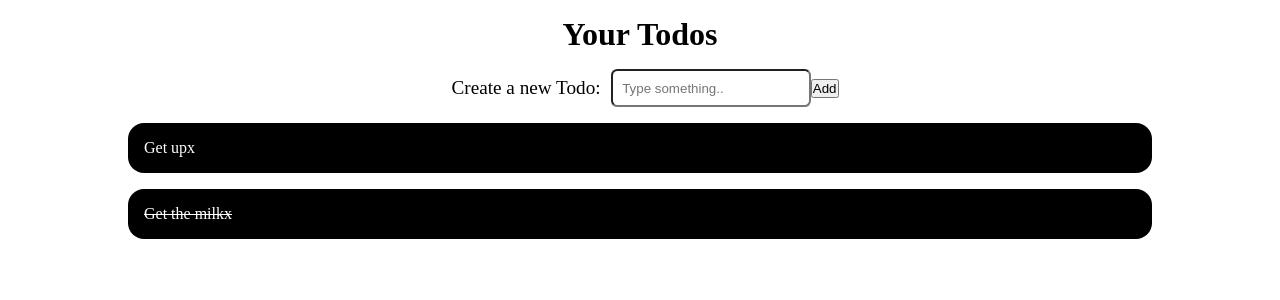
Repository: Heeeeeppo/todo-list
Page: / (app in frontend/)
An editor plug-in stored every save of this project. The page is shown before and after the next save, followed by the edit.
The browser window is 1280 px wide. The pictures show the whole page.
The project was rebuilt for these pictures with package versions that can differ from the ones it lists, and the page was loaded fresh each time.

Above is the page before, as saved 2023-11-07 19:39:07.

After the next save:
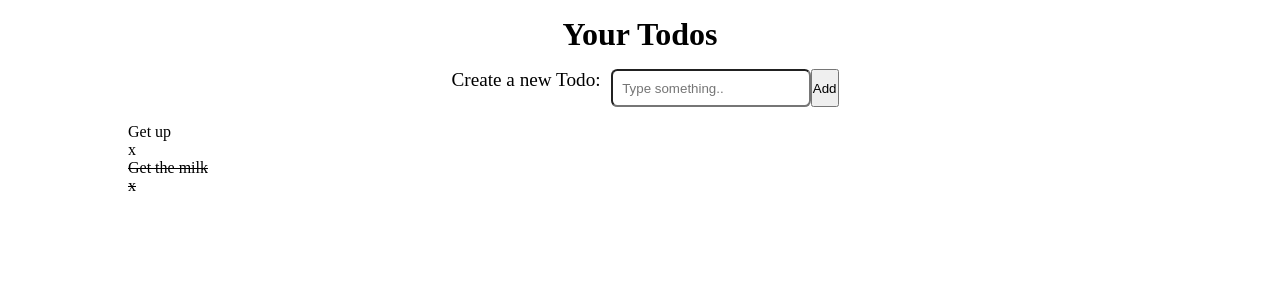
Saved 23 s later.
--- a/frontend/src/index.css
+++ b/frontend/src/index.css
@@ -17,7 +17,7 @@ h1 {
   display: flex;
   width: 50%;
   justify-content: center;
-  align-items: center;
+  /* align-items: ; */
   margin: auto;
   padding: 1rem;
 }
@@ -33,6 +33,8 @@ input {
   padding: 0.6rem;
 }
 
+button
+
 .todo {
   background-color: black;
   color: white;
